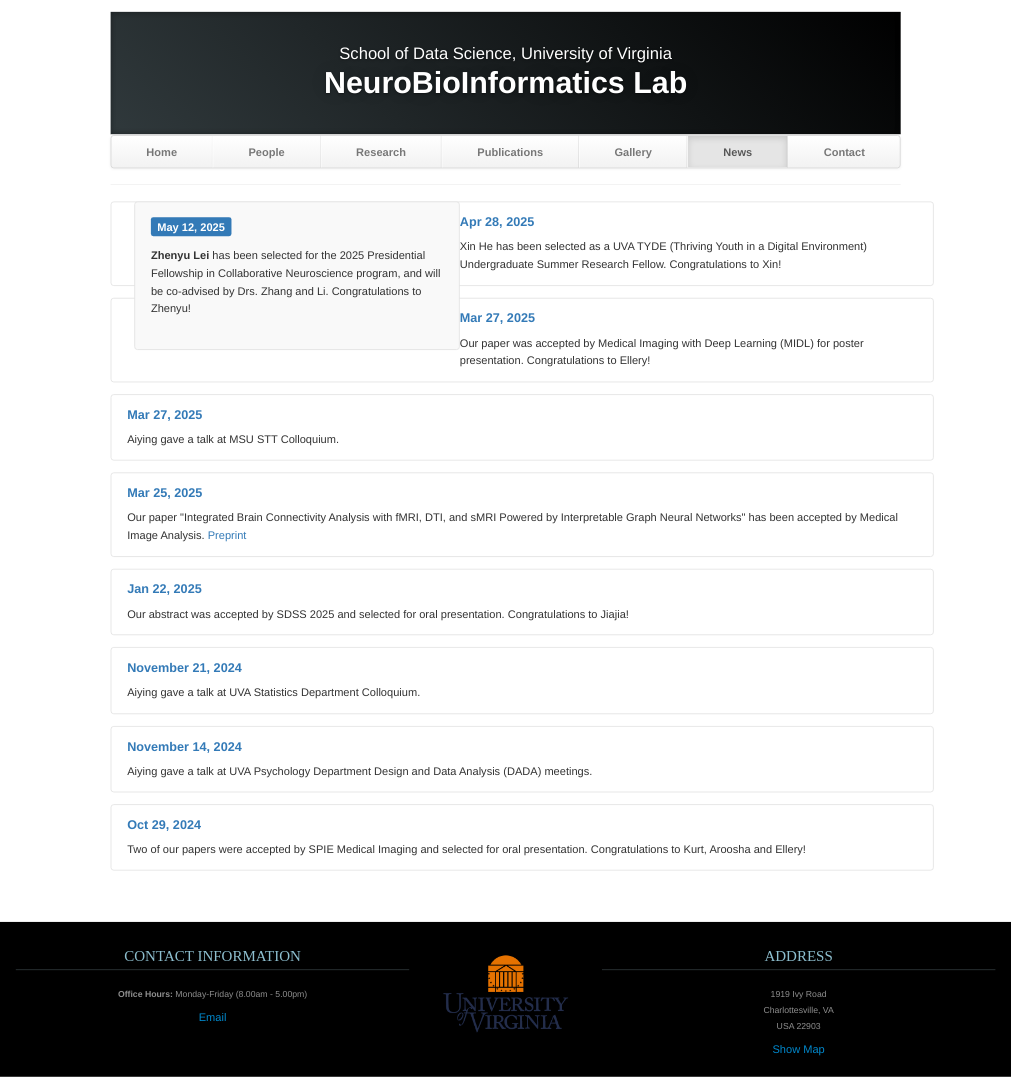
Repository: nbillab/nbillab.io
Page: news.html
An editor plug-in stored every save of this project. The page is shown before and after the next save, followed by the edit.
The browser window is 1280 px wide. The pictures show the whole page, at 79% of full size.

Above is the page before, as saved 2025-08-17 21:13:56.

### news.html
<!DOCTYPE html>
<html lang="en">
<head>
    <meta charset="utf-8">
    <title>News</title>
    <meta name="viewport" content="width=device-width, initial-scale=1.0">
    <meta name="description" content="Research Lab, Home, Velit Aliquet Sagittis University">
    <meta name="author" content="">
    <!-- Le styles -->
    <link href="css/bootstrap.min.css" rel="stylesheet">
    <link href="css/bootstrap-responsive.min.css" rel="stylesheet">
    <link href="css/theme.css" rel="stylesheet">

    <style>
        .span4.feature-item {
            background-color: #f9f9f9;
            border: 1px solid #e1e1e1;
            padding: 20px;
            border-radius: 4px;
            margin-bottom: 30px;
        }

        .feature-item h5 {
            margin: 0 0 15px 0;
            font-size: 18px;
        }

        .feature-item .date {
            background-color: #337ab7;
            color: white;
            padding: 4px 8px;
            border-radius: 3px;
            font-weight: bold;
            font-size: 14px;
        }

        .feature-item p {
            margin: 0;
            line-height: 1.6;
        }

        .news-container {
            width: 100%;
        }

        .news-item {
            display: block;
            width: 100%;
            background-color: #ffffff;
            border: 1px solid #e1e1e1;
            border-radius: 4px;
            padding: 15px 20px;
            margin-bottom: 15px;
        }

        .news-item h4 {
            color: #337ab7;
            margin: 0 0 10px 0;
            font-size: 16px;
            font-weight: bold;
        }

        .news-item p {
            color: #333;
            line-height: 1.6;
            margin: 0;
        }

        .news-item a {
            color: #337ab7;
            text-decoration: none;
        }

        .news-item a:hover {
            color: #23527c;
            text-decoration: underline;
        }
    </style>
</head>
<body>
    <div class="container">
        <header class="jumbotron subhead" id="overview">
            <p class="lead"> School of Data Science, University of Virginia </p>
            <h1>NeuroBioInformatics Lab</h1>
        </header>
        <div class="masthead">
            <div class="navbar">
                <div class="navbar-inner">
                    <div class="container">
                        <ul class="nav">
                            <li><a href="index.html">Home</a></li>
                            <li><a href="people.html">People</a></li>
                            <li><a href="research.html">Research</a></li>
                            <li><a href="publications.html">Publications</a></li>
                            <li><a href="gallery.html">Gallery</a></li>
                            <li class="active"><a href="#">News</a></li>
                            <li><a href="contact.html">Contact</a></li>
                        </ul>
                    </div>
                </div>
            </div>
        </div>
        <hr>

        <div class="span4 feature-item">
            <h5><span class="date">May 12, 2025</span></h5>
            <p><strong>Zhenyu Lei</strong> has been selected for the 2025 Presidential Fellowship in Collaborative Neuroscience program, and will be co-advised by Drs. Zhang and Li. Congratulations to Zhenyu!</p>
            <br/>
        </div>

        <div class="news-container">
            <div class="news-item">
                <h4>Apr 28, 2025</h4>
                <p>Xin He has been selected as a UVA TYDE (Thriving Youth in a Digital Environment) Undergraduate Summer Research Fellow. Congratulations to Xin!</p>
            </div>

            <div class="news-item">
                <h4>Mar 27, 2025</h4>
                <p>Our paper was accepted by Medical Imaging with Deep Learning (MIDL) for poster presentation. Congratulations to Ellery!</p>
            </div>

            <div class="news-item">
                <h4>Mar 27, 2025</h4>
                <p>Aiying gave a talk at MSU STT Colloquium.</p>
            </div>

            <div class="news-item">
                <h4>Mar 25, 2025</h4>
                <p>Our paper "Integrated Brain Connectivity Analysis with fMRI, DTI, and sMRI Powered by Interpretable Graph Neural Networks" has been accepted by Medical Image Analysis. <a href="https://www.sciencedirect.com/science/article/pii/S1361841525001173">Preprint</a></p>
            </div>

            <div class="news-item">
                <h4>Jan 22, 2025</h4>
                <p>Our abstract was accepted by SDSS 2025 and selected for oral presentation. Congratulations to Jiajia!</p>
            </div>

            <div class="news-item">
                <h4>November 21, 2024</h4>
                <p>Aiying gave a talk at UVA Statistics Department Colloquium.</p>
            </div>

            <div class="news-item">
                <h4>November 14, 2024</h4>
                <p>Aiying gave a talk at UVA Psychology Department Design and Data Analysis (DADA) meetings.</p>
            </div>

            <div class="news-item">
                <h4>Oct 29, 2024</h4>
                <p>Two of our papers were accepted by SPIE Medical Imaging and selected for oral presentation. Congratulations to Kurt, Aroosha and Ellery!</p>
            </div>
        </div>
    </div>

    <footer id="footer">
        <div class="container-fluid">
            <div class="row-fluid">
                <div class="span5">
                    <h3>Contact Information</h3>
                    <p><b>Office Hours: </b>Monday-Friday (8.00am - 5.00pm)</p>
                    <a href="mailto:xsa5db@virginia.edu">Email</a>
                </div>
                <div class="span2">
                    <a href="https://datascience.virginia.edu/"><img src="images/UVA.png" alt="research-lab-logo"/></a>
                </div>
                <div class="span5">
                    <h3>Address</h3>
                    <p>1919 Ivy Road<br>
                       Charlottesville, VA<br>
                       USA 22903
                    </p>
                    <a href="http://maps.google.com/">Show Map</a>
                </div>
            </div>
        </div>
    </footer>

    <!-- Le javascript -->
    <script src="js/jquery-1.9.1.min.js"></script>
    <script src="js/bootstrap.min.js"></script>
    <script>
        $(document).ready(function() {
            $(document.body).scrollspy({
                target: "#navparent"
            });
        });
    </script>
</body>
</html>

### css/theme.css
body {
	padding-top: 15px;
	padding-bottom: 0px;
}


/* Custom container */

.container {
	margin: 0 auto;
	max-width: 1000px;
}

.container>hr {
	margin: 20px 0
}


/* Customize the navbar links to be fill the entire space of the .navbar */

.navbar .navbar-inner {
	padding: 0
}

.navbar .nav {
	margin: 0;
	display: table;
	width: 100%;
}

.navbar .nav li {
	display: table-cell;
	width: 1%;
	float: none;
}

.navbar .nav li a {
	font-weight: bold;
	text-align: center;
	border-left: 1px solid rgba(255, 255, 255, .75);
	border-right: 1px solid rgba(0, 0, 0, .1);
}

.navbar .nav li:first-child a {
	border-left: 0;
	border-radius: 3px 0 0 3px;
}

.navbar .nav li:last-child a {
	border-right: 0;
	border-radius: 0 3px 3px 0;
}

body>.navbar {
	font-size: 13px
}


/* Change the docs' brand */

body>.navbar .brand {
	padding-right: 0;
	padding-left: 0;
	margin-left: 20px;
	float: right;
	font-weight: bold;
	color: #000;
	text-shadow: 0 1px 0 rgba(255, 255, 255, .1), 0 0 30px rgba(255, 255, 255, .125);
	-webkit-transition: all .2s linear;
	-moz-transition: all .2s linear;
	transition: all .2s linear;
}

body>.navbar .brand:hover {
	text-decoration: none;
	text-shadow: 0 1px 0 rgba(255, 255, 255, .1), 0 0 30px rgba(255, 255, 255, .4);
}


/* Sidenav for Docs
         -------------------------------------------------- */

@media screen and (max-width: 768px) {
	.bs-docs-sidenav {
		display: none !important;
	}
}

.bs-docs-sidenav {
	width: 228px;
	margin: 30px 0 0;
	padding: 0;
	background-color: #fff;
	-webkit-border-radius: 6px;
	-moz-border-radius: 6px;
	border-radius: 6px;
	-webkit-box-shadow: 0 1px 4px rgba(0, 0, 0, .065);
	-moz-box-shadow: 0 1px 4px rgba(0, 0, 0, .065);
	box-shadow: 0 1px 4px rgba(0, 0, 0, .065);
}

.bs-docs-sidenav>li>a {
	display: block;
	width: 200px;
	margin: 0 0 -1px;
	padding: 8px 14px;
	border: 1px solid #e5e5e5;
}

.bs-docs-sidenav>li>a.subhead {
	display: block;
	width: 168px;
	margin: 0 0 -1px;
	padding: 8px 30px;
	border: 1px solid #e5e5e5;
	font-size: 12px;
}

.bs-docs-sidenav>li:first-child>a {
	-webkit-border-radius: 6px 6px 0 0;
	-moz-border-radius: 6px 6px 0 0;
	border-radius: 6px 6px 0 0;
}

.bs-docs-sidenav>li:last-child>a {
	-webkit-border-radius: 0 0 6px 6px;
	-moz-border-radius: 0 0 6px 6px;
	border-radius: 0 0 6px 6px;
}

.bs-docs-sidenav>.active>a {
	position: relative;
	z-index: 2;
	padding: 9px 15px;
	border: 0;
	text-shadow: 0 1px 0 rgba(0, 0, 0, .15);
	-webkit-box-shadow: inset 1px 0 0 rgba(0, 0, 0, .1), inset -1px 0 0 rgba(0, 0, 0, .1);
	-moz-box-shadow: inset 1px 0 0 rgba(0, 0, 0, .1), inset -1px 0 0 rgba(0, 0, 0, .1);
	box-shadow: inset 1px 0 0 rgba(0, 0, 0, .1), inset -1px 0 0 rgba(0, 0, 0, .1);
}

.bs-docs-sidenav>li>a:hover {
	background-color: #f5f5f5
}

.bs-docs-sidenav a:hover .icon-chevron-right {
	opacity: .5
}

.bs-docs-sidenav.affix {
	top: 10px
}

.bs-docs-sidenav.affix-bottom {
	position: absolute;
	top: auto;
	bottom: 270px;
}


/* Responsive
         -------------------------------------------------- */

.affix {
	top: 0px
}

#media {
	margin-top: 70px
}

#media .header {
	margin-left: 0;
	margin-bottom: 56px;
	margin-top: 30px;
}

#media .post_row {
	margin-left: 0;
	margin-bottom: 40px;
}

#media .lastpost_row {
	margin-bottom: 0
}

#media .post_row .post {
	background: #fff;
	/*margin-left: 0;;
    margin-right: 20px;*/
	border-radius: 4px;
	box-shadow: 1px 1px 2px 0px #E0E0E0;
	width: 487px;
	height: 616px;
}

#media .post_row .last {
	margin-right: 0
}

#media .post_row .post .img {
	position: relative;
	text-align: center;
}

#media .post_row .post .img .date {
	background: #E8554E;
	position: absolute;
	padding: 2px 5px;
	top: 0;
	left: 11px;
}

#media .post_row .post .img .date p {
	color: #fff;
	font-size: 14px;
	font-weight: bold;
	font-style: italic;
	margin: 0;
}

#media .post_row .post .img img {
	height: 275px;
	width: 410px;
}

#media .post_row .post .text {
	margin: 18px auto 0;
	width: 83%;
}

#media .post_row .post .text h5 {
	margin: 0 0 8px 0;
	font-size: 20px;
	line-height: 23px;
}

#media .post_row .post .text h5 a {
	color: #333
}

#media .post_row .post .text span.date {
	color: #9F9F9F;
	display: block;
	margin-bottom: 12px;
	font-style: italic;
	font-size: 13px;
}

#media .post_row .post .text p {
	margin: 0;
	line-height: 21px;
	font-size: 14px;
}

#media .post_row .post .author_box {
	margin: 12px auto 20px;
	border-top: 1px solid #EDEDED;
	overflow: hidden;
	text-align: left;
	width: 85%;
	padding-top: 12px;
}

#media .post_row .post .author_box h6 {
	margin: 0 0 3px 0;
	font-size: 13px;
	line-height: 15px;
	font-style: italic;
	font-weight: normal;
	color: #B2B2B2;
}

#media .post_row .post .author_box p {
	color: #B2B2B2;
	font-style: italic;
	font-size: 13px;
	line-height: 14px;
	margin: 0;
}

#media .post_row .post .author_box img {
	float: right
}

#media .post_row .post a.plus_wrapper {
	width: 99%;
	text-align: center;
	background: #fff;
	display: none;
	border-radius: 0px 0px 4px 4px;
	padding: 6px 0px 2px;
	margin: 0 auto 1px;
}

#media .post_row .post a.plus_wrapper span {
	color: #1189D9;
	font-size: 30px;
	font-weight: bold;
}

#media .post_row .post:hover a.plus_wrapper {
	display: block
}

#media .post_row .post:hover {
	box-shadow: 0px 1px 5px 1px rgb(216, 216, 216)
}

#media .post_row .post:hover .text h5 a {
	color: #1189D9
}

.map .box_wrapp {
	position: absolute;
	margin: 15px auto;
	box-shadow: 0 0 7px 0 rgba(26, 26, 26, 0.4);
	padding: 30px 0 30px;
	background: white;
	border-radius: 4px;
	margin-top: 25px;
}

.map .box_wrapp .box_cont {
	margin: 30px auto;
	width: 76%;
}

.section-header {
	text-align: center;
	margin-bottom: 35px;
}

.section-header h1,
.title-text {
	font-weight: bold;
	font-size: 30px;
	margin: 12.5px 0;
	font-weight: 100;
	margin-bottom: 25px;
	line-height: 55px;
}

.feature-item:hover {
	box-shadow: 0px 1px 5px 1px rgb(216, 216, 216)
}

.feature-item img {
	margin-left: 15px;
	margin-right: 15px;
	max-width: 90%;
	height: 200px;
}

.feature-item h5 {
	margin-left: 15px;
	margin-right: 15px;
	margin-top: 20px;
	margin-bottom: 20px;
}

.feature-item p {
	margin-left: 15px;
	margin-right: 15px;
}

.feature-heading {
	margin-top: 20px;
	margin-bottom: 20px;
	margin-left: 15px;
	margin-right: 15px;
}

.feature-heading a:hover {
	text-decoration: none;
}

.feature-button {
	font-size: 16px;
	background-image: none;
	box-shadow: none;
	margin-bottom: 10px;
}

.centered {
	text-align: center;
}

.subhead {
	text-align: left;
	border-bottom: 1px solid #ddd;
}

.jumbotron {
	position: relative;
	padding: 45px 0px 35px 0px;
	color: #fff;
	text-align: center;
	text-shadow: 0 1px 3px rgba(0, 0, 0, .4), 0 0 30px rgba(0, 0, 0, .075);
	background: #30393C;
	background: -moz-linear-gradient(45deg, #30393C 0%, #000000 100%);
	background: -webkit-gradient(linear, left bottom, right top, color-stop(0%, #30393C), color-stop(100%, #30393C));
	background: -webkit-linear-gradient(45deg, #30393C 0%, #000000 100%);
	background: -o-linear-gradient(45deg, #30393C 0%, #000000 100%);
	background: -ms-linear-gradient(45deg, #30393C 0%, #000000 100%);
	background: linear-gradient(45deg, #30393C 0%, #000000 100%) repeat;
	-webkit-box-shadow: inset 0 3px 7px rgba(0, 0, 0, .2), inset 0 -3px 7px rgba(0, 0, 0, .2);
	-moz-box-shadow: inset 0 3px 7px rgba(0, 0, 0, .2), inset 0 -3px 7px rgba(0, 0, 0, .2);
	box-shadow: inset 0 3px 7px rgba(0, 0, 0, .2), inset 0 -3px 7px rgba(0, 0, 0, .2);
}

.jumbotron:after {
	content: '';
	display: block;
	position: absolute;
	top: 0;
	right: 0;
	bottom: 0;
	left: 0;
	opacity: .4;
}

.lead {
	margin-bottom: 0px;
	font-size: 21px;
	font-weight: 200;
	line-height: 15px;
}

img.float-left {
	float: left;
	margin-top: 9px;
	margin-left: 0px;
	margin-right: 30px;
	margin-bottom: 12px;
}

img.float-right {
	float: right;
	margin-top: 9px;
	margin-right: 0px;
	margin-bottom: 12px;
	margin-left: 30px;
}

img.publications-thumb {
	width: 142px;
	height: 188px;
}

.caption {
	margin: 10px;
}

.responsive-video {
	position: relative;
	padding-bottom: 56.25%;
	padding-top: 60px;
	overflow: hidden;
}

.responsive-video iframe,
.responsive-video object,
.responsive-video embed {
	position: absolute;
	top: 0;
	left: 0;
	width: 93.5%;
	height: 93.5%;
}

.video-caption {
	margin: 10px;
}

.accordion {
	margin-bottom: 20px;
	margin-right: 40px;
}

.thumbnail>img.sponsor {
	width: 212px;
	height: 150px;
}

img.carousel-image {
	width: 100%;
}

li.publication {
	margin-bottom: 20px;
}

.page-header h3 a:hover {
	text-decoration: none;
}

iframe.map-frame {
	border: none;
	overflow: hidden;
	margin-top: 10px;
	margin-bottom: 10px;
	margin-left: 0px;
	margin-right: 0px;
	height: 550px;
	width: 100%;
}

ul.sponsors {
	margin-top: 40px;
	margin-bottom: 40px;
}

#footer {
	z-index: 10;
	margin-top: 50px;
	margin-bottom: 0px;
	padding-bottom: 25px;
	border-top-width: 8px;
	border-top-style: solid;
	border-top-color: #2F2F2F;
	background-color: #000000;
	border: 0;
	font-size: 100%;
	font: inherit;
	vertical-align: baseline;
	text-align: center;
}

#footer h3 {
	font-size: 19px;
	text-transform: uppercase;
	font-family: BebasNeueRegular;
	color: #8DBECE;
	border-bottom-width: 1px;
	border-bottom-style: solid;
	border-bottom-color: #30393C;
	line-height: 35px;
	margin-bottom: 20px;
	margin-top: 25px;
	font-weight: normal;
}

#footer a img {
	margin-top: 40px;
}

#footer p,
#footer address {
	color: #8F8F8F;
	font-size: 11px;
}

Loaded but not shown: css/bootstrap.min.css (library); css/bootstrap-responsive.min.css (library); js/jquery-1.9.1.min.js (library); js/bootstrap.min.js (library)

After the next save:
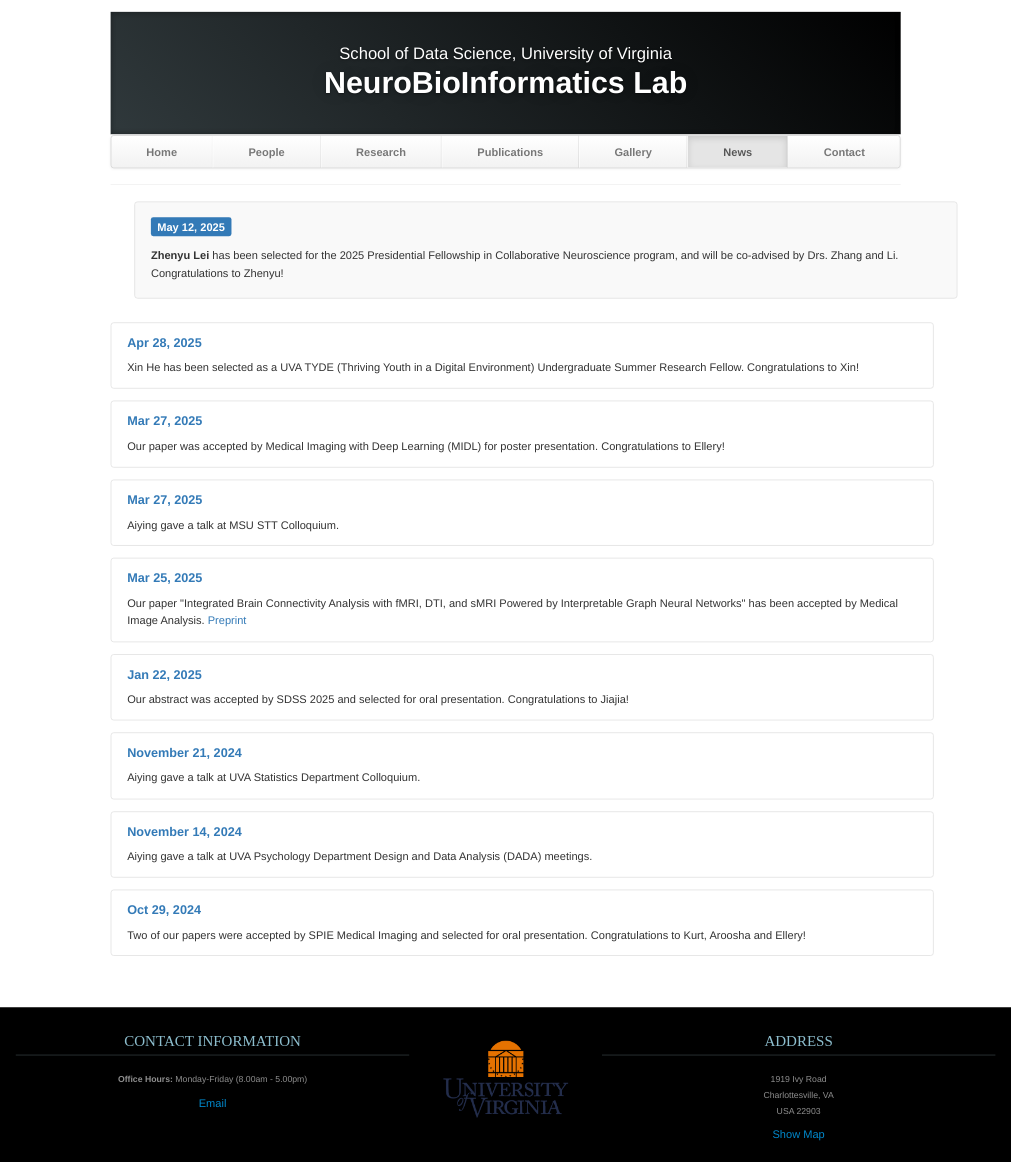
Saved 46 s later.
--- a/news.html
+++ b/news.html
@@ -18,6 +18,12 @@
             padding: 20px;
             border-radius: 4px;
             margin-bottom: 30px;
+            width: 100%;
+            float: none;
+        }
+
+        .clearfix {
+            clear: both;
         }
 
         .feature-item h5 {
@@ -105,8 +111,9 @@
         <div class="span4 feature-item">
             <h5><span class="date">May 12, 2025</span></h5>
             <p><strong>Zhenyu Lei</strong> has been selected for the 2025 Presidential Fellowship in Collaborative Neuroscience program, and will be co-advised by Drs. Zhang and Li. Congratulations to Zhenyu!</p>
-            <br/>
         </div>
+
+        <div class="clearfix"></div>
 
         <div class="news-container">
             <div class="news-item">
